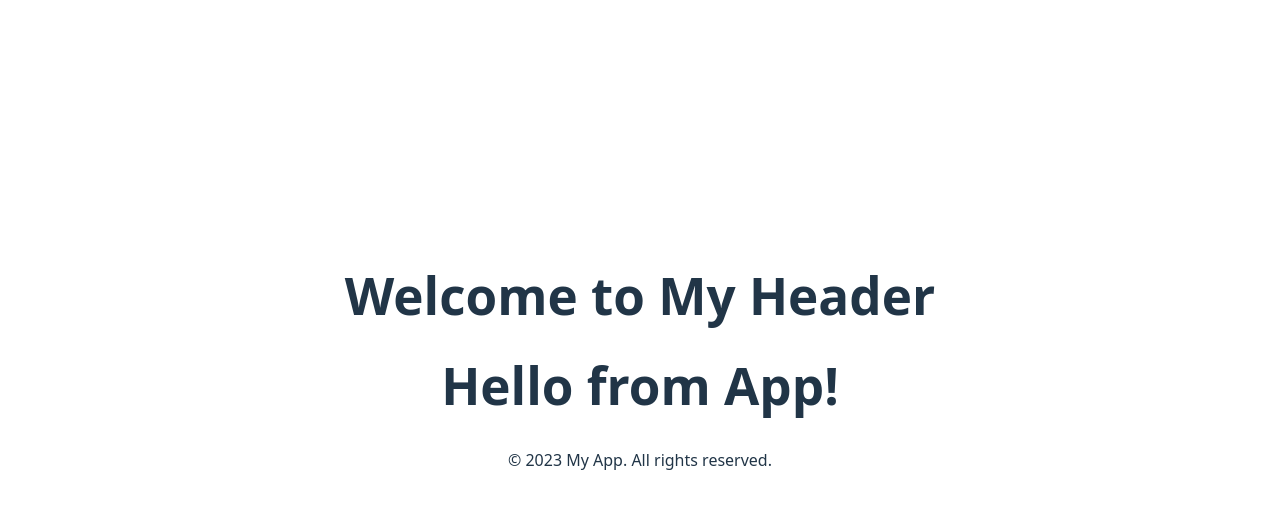
Repository: aurelien-genois/zombieland-front
Page: /admin
These files come from the project's save history. The page is drawn as it stood at one moment and after the next save; the edit follows.
The browser window is 1280 px wide. The pictures show the whole page.
The project was rebuilt for these pictures with package versions that can differ from the ones it lists, and the page was loaded fresh each time. Also part of the build but not shown: vite.config.ts.

Above is the page before, as saved 2025-09-13 02:48:54.

### src/components/App/App.tsx

import Footer from '../Footer/Footer'
import Header from '../Header/Header'
import './App.css'

function App() {


  return (
    <div className="App">
      <Header />
      <div className="main">
        <h1>Hello from App!</h1>
      </div>
      <Footer />
    </div>
  )
}

export default App

### src/components/Footer/Footer.tsx
export default function Footer() {
  return (
    <footer>
      <p>© 2023 My App. All rights reserved.</p>
    </footer>
  )
}

### src/components/Header/Header.tsx
export default function Header() {
  return (
    <header>
      <h1>Welcome to My Header</h1>
    </header>
  )
}

Loaded but not shown: index.html (common file); src/main.tsx (common file); src/index.css (common file); src/components/App/App.css (common file)

After the next save:
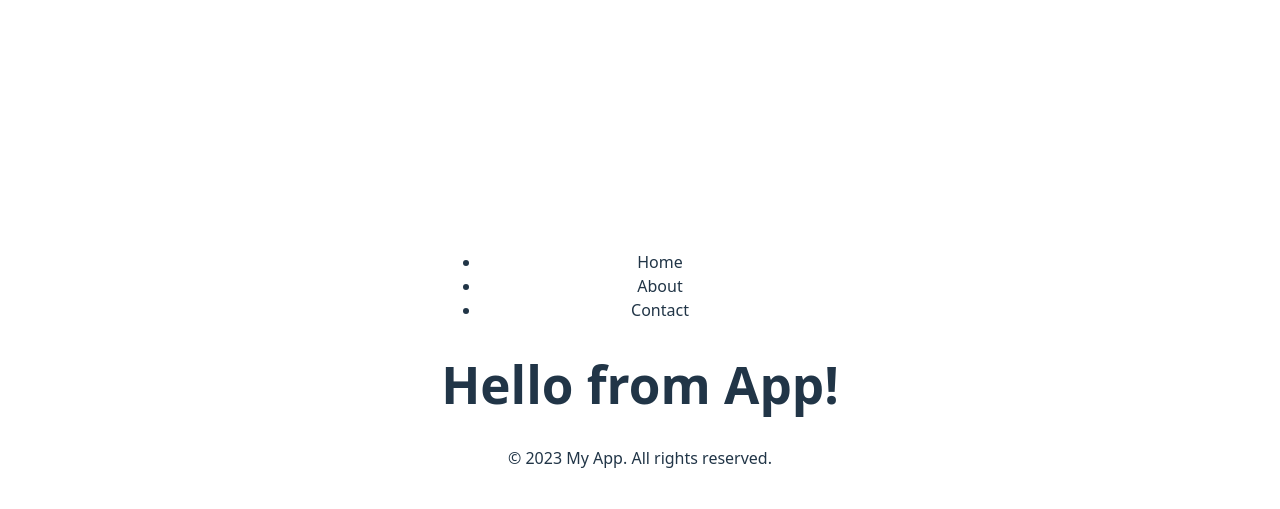
Saved 38 s later.
--- a/src/components/Header/Header.tsx
+++ b/src/components/Header/Header.tsx
@@ -1,7 +1,13 @@
 export default function Header() {
   return (
     <header>
-      <h1>Welcome to My Header</h1>
+      <nav>
+        <ul>
+          <li>Home</li>
+          <li>About</li>
+          <li>Contact</li>
+        </ul>
+      </nav>
     </header>
   )
 }
